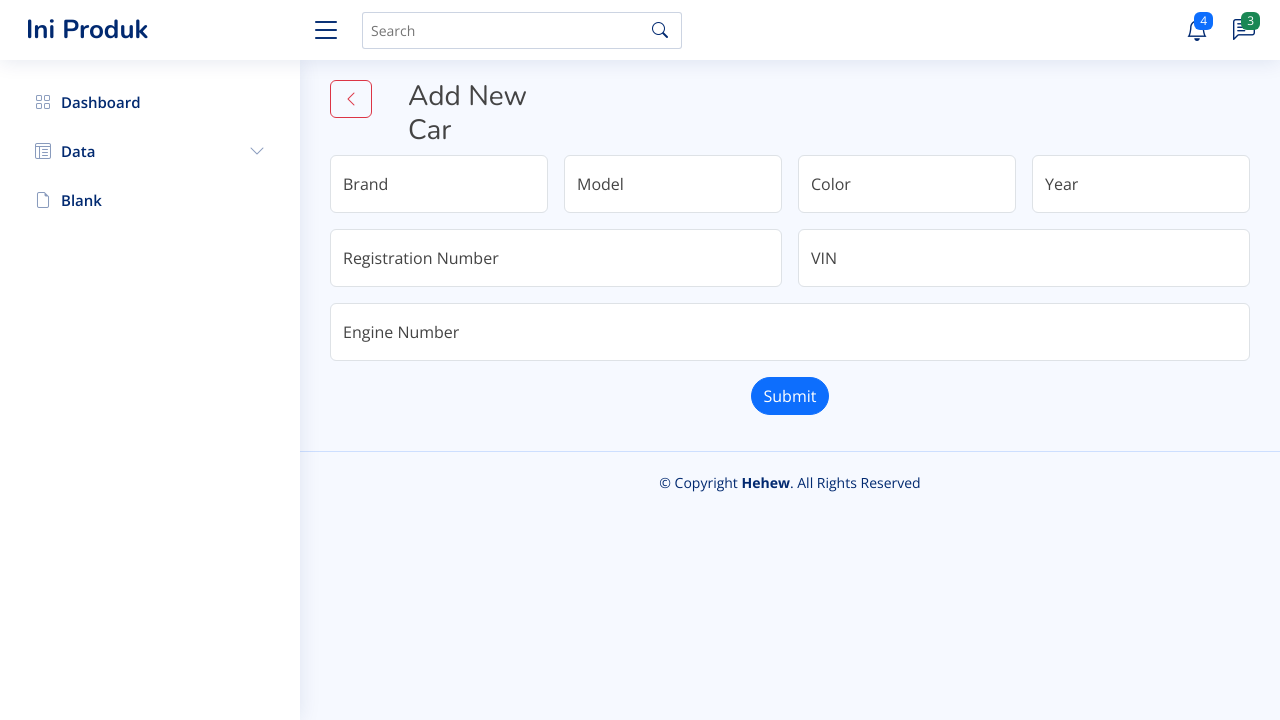
Repository: Jistoper/car_rental
Page: http://localhost/create
An editor plug-in stored every save of this project. The page is shown before and after the next save, followed by the edit.
The browser window is 1280 px wide. The pictures show the whole page.
The page is served by the project's Laravel application, run on PHP 8.4 with Laravel 9. Other server files are loaded and not shown.

Above is the page before, as saved 2023-06-25 15:09:58.

### routes/web.php
<?php

use Illuminate\Support\Facades\Route;
use App\Http\Controllers\carcontroller;

/*
|--------------------------------------------------------------------------
| Web Routes
|--------------------------------------------------------------------------
|
| Here is where you can register web routes for your application. These
| routes are loaded by the RouteServiceProvider within a group which
| contains the "web" middleware group. Now create something great!
|
*/

Route::get('/dashboard', function () {
    return view('backsite.dashboard');
})->name('dashboard');

Route::controller(CarController::class)->as('car.')->group(function(){
    Route::get('/car', 'getall')->name('getall');
    Route::get('/create', 'create')->name('create');
    Route::post('/create', 'storeCar')->name('store');
    Route::get('/edit', 'editView')->name('edit');
    Route::post('/edit', 'storeEdit')->name('storeEdit');
    Route::delete('/{$car_id}', 'delete')->name('delete');

    Route::get('/rent', 'getList')->name('getList');
    Route::get('/rent_car', 'rentView')->name('rentView');
    Route::post('/car/rent/{$car_id}', 'storeRent')->name('storeRent');
});

### app/Http/Controllers/carcontroller.php
<?php

namespace App\Http\Controllers;

use Illuminate\Http\Request;
use Illuminate\Support\Facades\Http;
use Illuminate\Support\Facades\View;


class CarController extends Controller
{
    // Start Car Data---------------------------------------------------------------------------------------
    public function getall()
    {
        $response = Http::get('http://localhost:8080/api/cars');
        $cars = json_decode($response, true);

        return view('backsite.content.car.cartable', ['Cars' => $cars['Cars']]);
    }

    public function create()
    {
        return view('backsite.content.car.createcar');
    }

    public function storeCar(Request $request)
    {
        $data = [
            "brand" => $request->brand,
            "model" => $request->model,
            "year" => intval($request->year),
            "registration_number" => $request->registration_number,
            "vin" => $request->vin,
            "engine_number" => $request->engine_number,
            "color" => $request->color,
            "is_available" => true
        ];

        $token = "eyJhbGciOiJIUzI1NiIsInR5cCI6IkpXVCJ9.eyJleHAiOjE2ODkxNjgwMjMsInN1YiI6InRlc3QxMiJ9.-ezLSqJzIuUbum_p1NXeInNHkG953SP_4fMdbOgrlUo"; // Replace with your actual auth token

        $response = Http::withHeaders([
            "Authorization" => "Bearer " . $token,
            "Content-Type" => "application/json",
        ])->post('http://localhost:8080/api/cars', $data);

        return redirect()->route('car.getall');
    }

    public function editView(Request $request)
    {
        $data = [
            "car_id" => $request->car_id,
            "brand" => $request->brand,
            "model" => $request->model,
            "year" => $request->year,
            "registration_number" => $request->registration_number,
            "vin" => $request->vin,
            "engine_number" => $request->engine_number,
            "color" => $request->color,
        ];

        return view('backsite.content.car.editcar')->with('data', $data);
    }

    public function storeEdit(Request $request)
    {
        $car_id = $request->input('car_id');

        $data = [
            "brand" => $request->brand,
            "model" => $request->model,
            "year" => intval($request->year),
            "registration_number" => $request->registration_number,
            "vin" => $request->vin,
            "engine_number" => $request->engine_number,
            "color" => $request->color,
            "is_available" => true
        ];

        $token = "eyJhbGciOiJIUzI1NiIsInR5cCI6IkpXVCJ9.eyJleHAiOjE2ODkxNjgwMjMsInN1YiI6InRlc3QxMiJ9.-ezLSqJzIuUbum_p1NXeInNHkG953SP_4fMdbOgrlUo"; // Replace with your actual auth token

        $response = Http::withHeaders([
            "Authorization" => "Bearer " . $token,
            "Content-Type" => "application/json",
        ])->put('http://localhost:8080/api/cars/' . $car_id, $data);

        return redirect()->route('car.getall');
    }

    public function delete(Request $request)
    {
        $car_id = $request->input('car_id');

        $data = [
            "id" => $car_id,
        ];

        $token = "eyJhbGciOiJIUzI1NiIsInR5cCI6IkpXVCJ9.eyJleHAiOjE2ODkxNjgwMjMsInN1YiI6InRlc3QxMiJ9.-ezLSqJzIuUbum_p1NXeInNHkG953SP_4fMdbOgrlUo";

        $response = Http::withHeaders([
            "Authorization" => "Bearer " . $token,
            "Content-Type" => "application/json",
        ])->delete('http://localhost:8080/api/cars', $data);

        return redirect()->back()->with('success', 'Car data deleted successfully.');
    }
    // End Car Data

    // Start Rent Data----------------------------------------------------------------------------------
    public function getList()
    {
        $response = Http::get('http://localhost:8080/api/cars');
        $cars = json_decode($response, true);

        return view('backsite.content.rent.renttable', ['Cars' => $cars['Cars']]);
    }

    public function rentView(Request $request)
    {
        $data = [
            "car_id" => $request->car_id,
            "brand" => $request->brand,
            "model" => $request->model,
            "registration_number" => $request->registration_number,
            "color" => $request->color,
        ];

        return view('backsite.content.rent.createrent')->with('data', $data);
    }

    public function storeRent(Request $request)
    {
        $data = [
            "user_id" => 2,
            "car_id" => $request->input('car_id'),
            "usage_region" => $request->usage_region,
            "rental_date" => $request->registration_number,
            "return_date" => $request->vin,
            "total_price" => $request->total_price,
            "is_completed" => false
        ];

        $token = "eyJhbGciOiJIUzI1NiIsInR5cCI6IkpXVCJ9.eyJleHAiOjE2ODkxNjgwMjMsInN1YiI6InRlc3QxMiJ9.-ezLSqJzIuUbum_p1NXeInNHkG953SP_4fMdbOgrlUo"; // Replace with your actual auth token

        $response = Http::withHeaders([
            "Authorization" => "Bearer " . $token,
            "Content-Type" => "application/json",
        ])->put('http://localhost:8080/api/cars/' . $car_id, $data);

        return redirect()->route('car.getlist');
    }
    // End Rent Data
}

### resources/views/backsite/content/car/createcar.blade.php
@extends('backsite.dashboard')

@section('content')

<div>
    <div class="md-3 row g-3">
        <div class="col-md-1">
          <a href="{{ route('car.getall') }}" class="btn btn-outline-danger bi-chevron-left"></a>
        </div>
        <div class="col-md-2">
          <h3 class="form-floating">
              Add New Car
          </h3>
        </div>
    </div>
    <form action="{{ route('car.store') }}" method="POST" class="row g-3">
        @csrf
        <div class="col-md-3">
            <div class="form-floating">
                <input type="text" name="brand" id="brand" class="form-control @error('brand') border-red-500 @enderror" value="{{ old('brand') }}" placeholder="Brand">
                <label for="brand">Brand</label>
            </div>
        </div>
        <div class="col-md-3">
            <div class="form-floating">
              <input type="text" name="model" id="model" class="form-control @error('model') border-red-500 @enderror" value="{{ old('model') }}" placeholder="Model">
              <label for="model">Model</label>
            </div>
        </div>
        <div class="col-md-3">
            <div class="form-floating">
                <input type="text" name="color" id="color" class="form-control @error('color') border-red-500 @enderror" value="{{ old('color') }}" placeholder="Color">
                <label for="color">Color</label>
            </div>
        </div>
        <div class="col-md-3">
            <div class="form-floating">
                <input type="text" name="year" id="year" class="form-control @error('year') border-red-500 @enderror" value="{{ old('year') }}" placeholder="Year">
                <label for="year">Year</label>
            </div>
        </div>
        <div class="col-md-6">
          <div class="form-floating">
            <input type="text" name="registration_number" id="registration_number" class="form-control @error('registration_number') border-red-500 @enderror" value="{{ old('registration_number') }}" placeholder="Registration Number">
            <label for="registration_number">Registration Number</label>
          </div>
        </div>
        <div class="col-md-6">
          <div class="col-md-12">
            <div class="form-floating">
                <input type="text" name="vin" id="vin" class="form-control @error('vin') border-red-500 @enderror" value="{{ old('vin') }}" placeholder="VIN">
              <label for="vin">VIN</label>
            </div>
          </div>
        </div>
        <div class="col-md-12">
          <div class="form-floating">
            <input type="text" name="engine_number" id="engine_number" class="form-control @error('engine_number') border-red-500 @enderror" value="{{ old('engine_number') }}" placeholder="Engine Number">
            <label for="engine_number">Engine Number</label>
          </div>
        </div>
        <div class="text-center mb-3">
            <button class="btn btn-primary rounded-pill" onclick="getContent()" type="submit">
                <span>
                    Submit
                </span>
            </button>
        </div>
      </form><!-- End floating Labels Form -->
</div>

@endsection

### resources/views/backsite/partials/sidebar.blade.php
<aside id="sidebar" class="sidebar">

    <ul class="sidebar-nav" id="sidebar-nav">

      <li class="nav-item">
        <a class="nav-link collapsed" href="{{ route('dashboard') }}">
          <i class="bi bi-grid"></i>
          <span>Dashboard</span>
        </a>
      </li><!-- End Dashboard Nav -->

      <li class="nav-item">
        <a class="nav-link collapsed" data-bs-target="#tables-nav" data-bs-toggle="collapse" href="#">
          <i class="bi bi-layout-text-window-reverse"></i><span>Data</span><i class="bi bi-chevron-down ms-auto"></i>
        </a>
        <ul id="tables-nav" class="nav-content collapse " data-bs-parent="#sidebar-nav">
          <li>
            <a href="{{ route('car.getall') }}">
              <i class="bi bi-circle"></i><span>Cars</span>
            </a>
          </li>
          <li>
            <a href="{{ route('car.getList') }}">
              <i class="bi bi-circle"></i><span>Rental</span>
            </a>
          </li>
        </ul>
      </li><!-- End Tables Nav -->

      {{-- <li class="nav-item">
        <a class="nav-link collapsed" data-bs-target="#forms-nav" data-bs-toggle="collapse" href="#">
          <i class="bi bi-journal-text"></i><span>Forms</span><i class="bi bi-chevron-down ms-auto"></i>
        </a>
        <ul id="forms-nav" class="nav-content collapse " data-bs-parent="#sidebar-nav">
          <li>
            <a href="forms-elements.html">
              <i class="bi bi-circle"></i><span>Form Elements</span>
            </a>
          </li>
          <li>
            <a href="forms-layouts.html">
              <i class="bi bi-circle"></i><span>Form Layouts</span>
            </a>
          </li>
          <li>
            <a href="forms-editors.html">
              <i class="bi bi-circle"></i><span>Form Editors</span>
            </a>
          </li>
          <li>
            <a href="forms-validation.html">
              <i class="bi bi-circle"></i><span>Form Validation</span>
            </a>
          </li>
        </ul>
      </li>

      <li class="nav-item">
        <a class="nav-link collapsed" data-bs-target="#icons-nav" data-bs-toggle="collapse" href="#">
          <i class="bi bi-gem"></i><span>Icons</span><i class="bi bi-chevron-down ms-auto"></i>
        </a>
        <ul id="icons-nav" class="nav-content collapse " data-bs-parent="#sidebar-nav">
          <li>
            <a href="icons-bootstrap.html">
              <i class="bi bi-circle"></i><span>Bootstrap Icons</span>
            </a>
          </li>
          <li>
            <a href="icons-remix.html">
              <i class="bi bi-circle"></i><span>Remix Icons</span>
            </a>
          </li>
          <li>
            <a href="icons-boxicons.html">
              <i class="bi bi-circle"></i><span>Boxicons</span>
            </a>
          </li>
        </ul>
      </li>

      <li class="nav-heading">Pages</li>

      <li class="nav-item">
        <a class="nav-link collapsed" href="users-profile.html">
          <i class="bi bi-person"></i>
          <span>Profile</span>
        </a>
      </li>

      <li class="nav-item">
        <a class="nav-link collapsed" href="pages-faq.html">
          <i class="bi bi-question-circle"></i>
          <span>F.A.Q</span>
        </a>
      </li>

      <li class="nav-item">
        <a class="nav-link collapsed" href="pages-contact.html">
          <i class="bi bi-envelope"></i>
          <span>Contact</span>
        </a>
      </li>

      <li class="nav-item">
        <a class="nav-link collapsed" href="pages-register.html">
          <i class="bi bi-card-list"></i>
          <span>Register</span>
        </a>
      </li>

      <li class="nav-item">
        <a class="nav-link collapsed" href="pages-login.html">
          <i class="bi bi-box-arrow-in-right"></i>
          <span>Login</span>
        </a>
      </li>

      <li class="nav-item">
        <a class="nav-link collapsed" href="pages-error-404.html">
          <i class="bi bi-dash-circle"></i>
          <span>Error 404</span>
        </a>
      </li> --}}

      <li class="nav-item">
        <a class="nav-link collapsed" href="pages-blank.html">
          <i class="bi bi-file-earmark"></i>
          <span>Blank</span>
        </a>
      </li>

    </ul>

  </aside><!-- End Sidebar-->

### public/assets/simple-datatables/style.css
.datatable-wrapper.no-header .datatable-container {
	border-top: 1px solid #d9d9d9;
}

.datatable-wrapper.no-footer .datatable-container {
	border-bottom: 1px solid #d9d9d9;
}

.datatable-top,
.datatable-bottom {
	padding: 8px 10px;
}

.datatable-top > nav:first-child,
.datatable-top > div:first-child,
.datatable-bottom > nav:first-child,
.datatable-bottom > div:first-child {
	float: left;
}

.datatable-top > nav:last-child,
.datatable-top > div:last-child,
.datatable-bottom > nav:last-child,
.datatable-bottom > div:last-child {
	float: right;
}

.datatable-selector {
	padding: 6px;
}

.datatable-input {
	padding: 6px 12px;
}

.datatable-info {
	margin: 7px 0;
}

/* PAGER */
.datatable-pagination ul {
	margin: 0;
	padding-left: 0;
}

.datatable-pagination li {
	list-style: none;
	float: left;
}

.datatable-pagination li.datatable-hidden {
    visibility: hidden;
}

.datatable-pagination a {
	border: 1px solid transparent;
	float: left;
	margin-left: 2px;
	padding: 6px 12px;
	position: relative;
	text-decoration: none;
	color: #333;
    cursor: pointer;
}

.datatable-pagination a:hover {
	background-color: #d9d9d9;
}

.datatable-pagination .datatable-active a,
.datatable-pagination .datatable-active a:focus,
.datatable-pagination .datatable-active a:hover {
	background-color: #d9d9d9;
	cursor: default;
}

.datatable-pagination .datatable-ellipsis a,
.datatable-pagination .datatable-disabled a,
.datatable-pagination .datatable-disabled a:focus,
.datatable-pagination .datatable-disabled a:hover {
    pointer-events: none;
    cursor: default;
}

.datatable-pagination .datatable-disabled a,
.datatable-pagination .datatable-disabled a:focus,
.datatable-pagination .datatable-disabled a:hover {
	cursor: not-allowed;
	opacity: 0.4;
}

.datatable-pagination .datatable-pagination a {
	font-weight: bold;
}

/* TABLE */
.datatable-table {
	max-width: 100%;
	width: 100%;
	border-spacing: 0;
	border-collapse: separate;
}

.datatable-table > tbody > tr > td,
.datatable-table > tbody > tr > th,
.datatable-table > tfoot > tr > td,
.datatable-table > tfoot > tr > th,
.datatable-table > thead > tr > td,
.datatable-table > thead > tr > th {
	vertical-align: top;
	padding: 8px 10px;
}

.datatable-table > thead > tr > th {
	vertical-align: bottom;
	text-align: left;
	border-bottom: 1px solid #d9d9d9;
}

.datatable-table > tfoot > tr > th {
	vertical-align: bottom;
	text-align: left;
	border-top: 1px solid #d9d9d9;
}

.datatable-table th {
	vertical-align: bottom;
	text-align: left;
}

.datatable-table th a {
	text-decoration: none;
	color: inherit;
}

.datatable-sorter, .datatable-filter {
	display: inline-block;
	height: 100%;
	position: relative;
	width: 100%;
}

.datatable-sorter::before,
.datatable-sorter::after {
	content: "";
	height: 0;
	width: 0;
	position: absolute;
	right: 4px;
	border-left: 4px solid transparent;
	border-right: 4px solid transparent;
	opacity: 0.2;
}


.datatable-sorter::before {
	border-top: 4px solid #000;
	bottom: 0px;
}

.datatable-sorter::after {
	border-bottom: 4px solid #000;
	border-top: 4px solid transparent;
	top: 0px;
}

.datatable-ascending .datatable-sorter::after,
.datatable-descending .datatable-sorter::before,
.datatable-ascending .datatable-filter::after,
.datatable-descending .datatable-filter::before {
	opacity: 0.6;
}

.datatable-filter::before {
    content: "";
    position: absolute;
    right: 4px;
    opacity: 0.2;
    width: 0;
    height: 0;
    border-left: 7px solid transparent;
    border-right: 7px solid transparent;
	border-radius: 50%;
    border-top: 10px solid #000;
    top: 25%;
}

.datatable-filter-active .datatable-filter::before {
    opacity: 0.6;
}

.datatable-empty {
	text-align: center;
}

.datatable-top::after, .datatable-bottom::after {
	clear: both;
	content: " ";
	display: table;
}

table.datatable-table:focus tr.datatable-cursor > td:first-child {
	border-left: 3px blue solid;
}

table.datatable-table:focus {
	outline: solid 1px black;
    outline-offset: -1px;
}

Loaded but not shown: app/Http/Controllers/Controller.php (common file); public/assets/bootstrap/css/bootstrap.min.css (library); public/assets/bootstrap-icons/bootstrap-icons.css (library); public/assets/boxicons/css/boxicons.min.css (library); public/assets/apexcharts/apexcharts.min.js (library); public/assets/bootstrap/js/bootstrap.bundle.min.js (library); public/assets/chart.js/chart.umd.js (library); public/assets/echarts/echarts.min.js (library); public/assets/quill/quill.min.js (library); public/assets/simple-datatables/simple-datatables.js (library); public/assets/tinymce/tinymce.min.js (library); public/js/main.js (321 lines, source omitted); public/assets/php-email-form/validate.js (85 lines, source omitted); public/assets/remixicon/remixicon.css (2526 lines, source omitted); resources/views/backsite/dashboard.blade.php (740 lines, source omitted); public/assets/quill/quill.bubble.css (952 lines, source omitted); public/assets/quill/quill.snow.css (945 lines, source omitted); public/css/style.css (1233 lines, source omitted); resources/views/backsite/partials/header.blade.php (225 lines, source omitted)

After the next save:
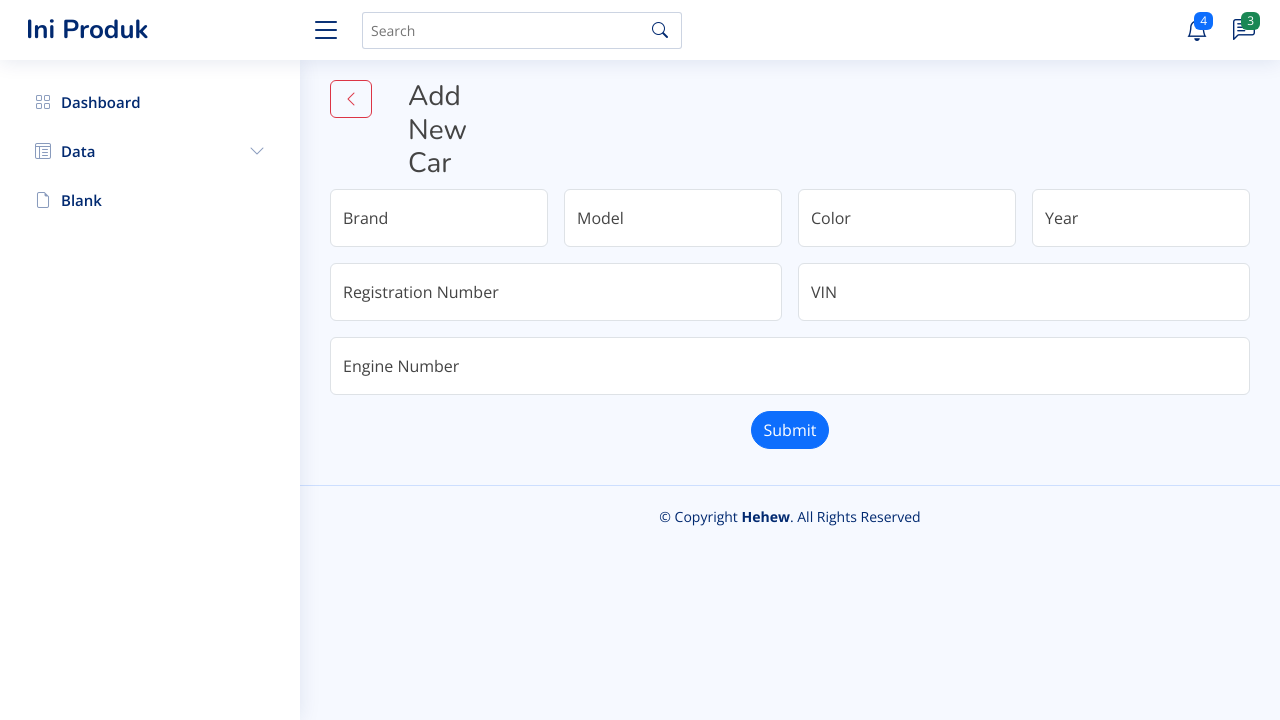
Saved 11 s later.
--- a/resources/views/backsite/content/car/createcar.blade.php
+++ b/resources/views/backsite/content/car/createcar.blade.php
@@ -7,7 +7,7 @@
         <div class="col-md-1">
           <a href="{{ route('car.getall') }}" class="btn btn-outline-danger bi-chevron-left"></a>
         </div>
-        <div class="col-md-2">
+        <div class="col-md-1">
           <h3 class="form-floating">
               Add New Car
           </h3>

After the 3 saves that followed:
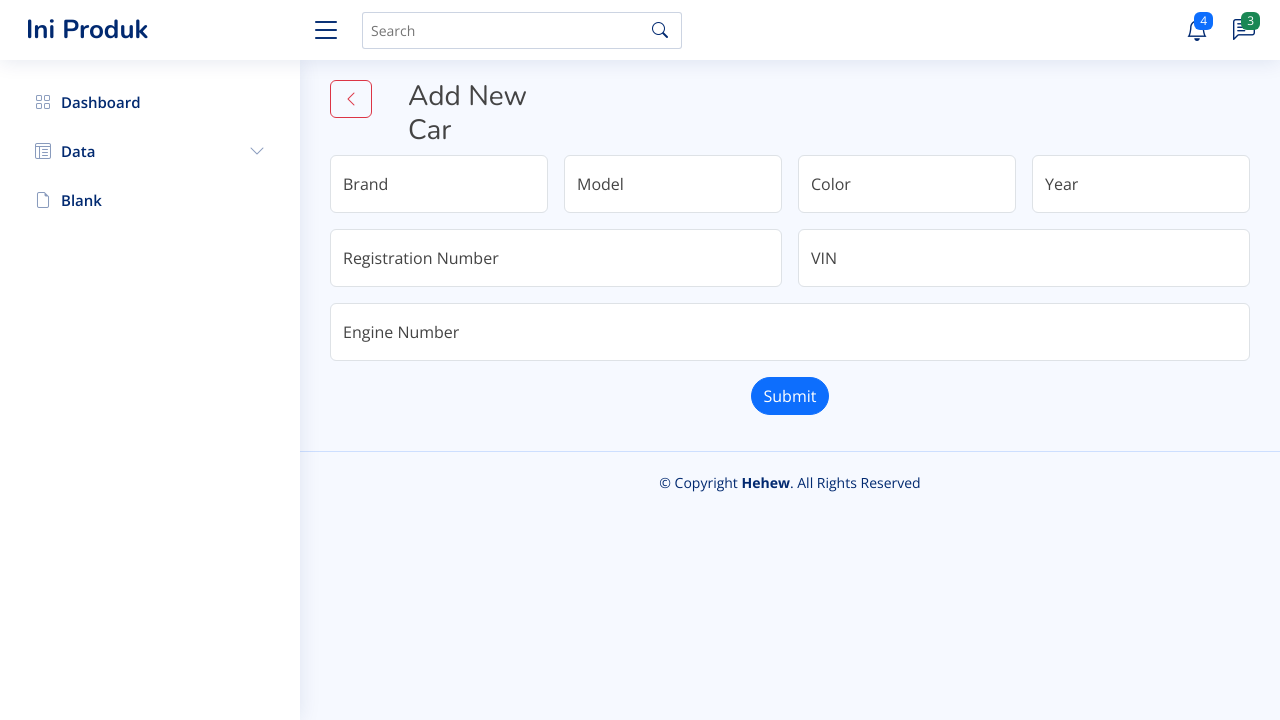
The 3 saves are shown as one change because 2 left the picture as it was.
The last was saved 24 s later.
--- a/resources/views/backsite/content/car/createcar.blade.php
+++ b/resources/views/backsite/content/car/createcar.blade.php
@@ -4,10 +4,10 @@
 
 <div>
     <div class="md-3 row g-3">
-        <div class="col-md-1">
+        <div class="col-sm-1">
           <a href="{{ route('car.getall') }}" class="btn btn-outline-danger bi-chevron-left"></a>
         </div>
-        <div class="col-md-1">
+        <div class="col-md-2">
           <h3 class="form-floating">
               Add New Car
           </h3>
